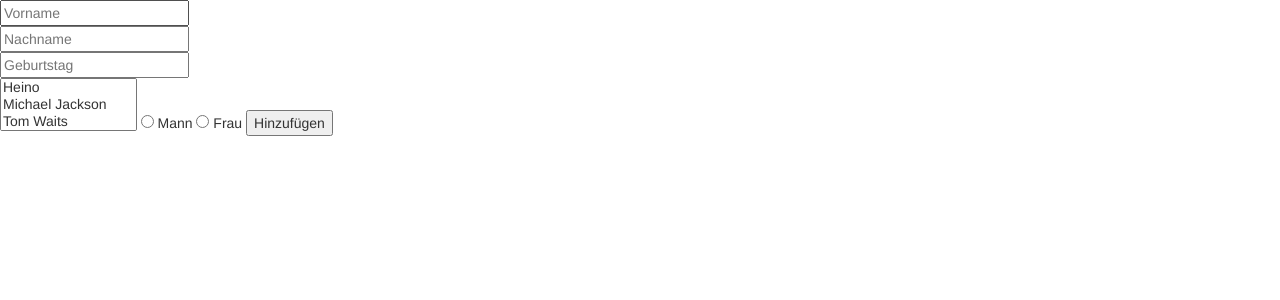
Repository: asdffdsa123/SA-Project
Page: SA-Webapp/WAR/index.html
These files come from the project's save history. The page is drawn as it stood at one moment and after the next save; the edit follows.
The browser window is 1280 px wide. The pictures show the whole page.
Some web libraries are served in a nearby version.

Above is the page before, as saved 2013-11-24 14:04:44.

### SA-Webapp/WAR/index.html
<html>
	<head>
		<meta charset="utf-8">
		<link rel="stylesheet" href="//netdna.bootstrapcdn.com/bootstrap/3.0.2/css/bootstrap.min.css">
		<title>Wettkampf Registrierung</title>
	</head>
	<body>
		<form>
			<input type = "text" placeholder = "Vorname"/> <br/>
			<input type = "text" placeholder = "Nachname"/> <br/>
			<input type = "text" placeholder = "Geburtstag"/> <br/>
			<select name="top5" size="3">
			    <option>Heino</option>
			    <option>Michael Jackson</option>
			    <option>Tom Waits</option>
			    <option>Nina Hagen</option>
			    <option>Marianne Rosenberg</option>
		    </select>
		    <input type = "radio" name = "gender" value = "Mann"> Mann </input>
		    <input type = "radio" name = "gender" value = "Frau"> Frau </input>
			<button type="submit">Hinzufügen</button>

		</form>
	</body>

</html>

After the next save:
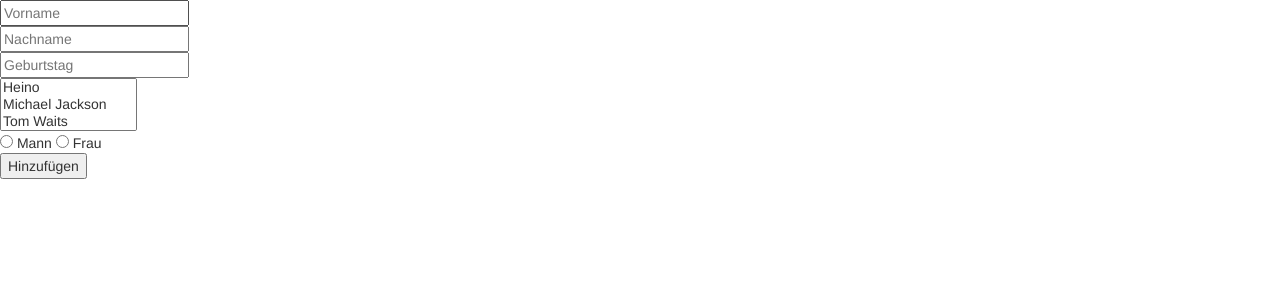
Saved 14 s later.
--- a/SA-Webapp/WAR/index.html
+++ b/SA-Webapp/WAR/index.html
@@ -15,9 +15,9 @@
 			    <option>Tom Waits</option>
 			    <option>Nina Hagen</option>
 			    <option>Marianne Rosenberg</option>
-		    </select>
+		    </select> <br/>
 		    <input type = "radio" name = "gender" value = "Mann"> Mann </input>
-		    <input type = "radio" name = "gender" value = "Frau"> Frau </input>
+		    <input type = "radio" name = "gender" value = "Frau"> Frau </input> <br/>
 			<button type="submit">Hinzufügen</button>
 
 		</form>
